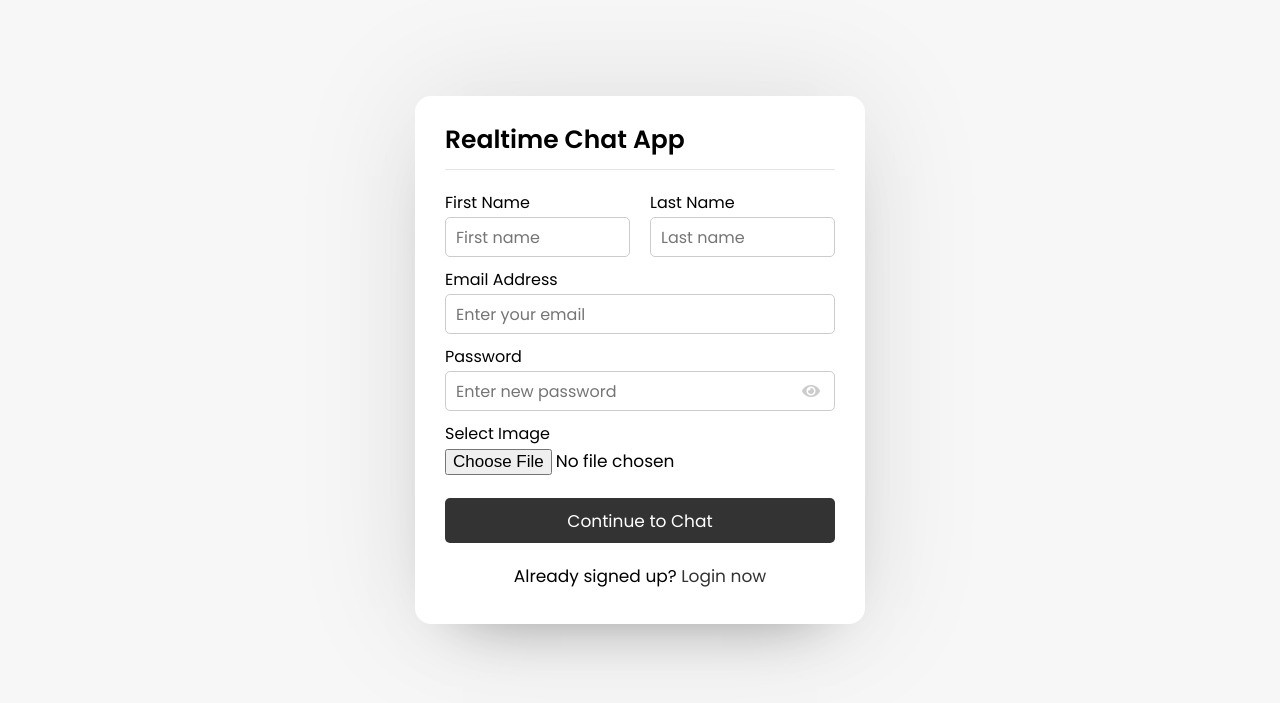
Repository: M1GU3LBv/chat
Page: http://localhost/
The author's editor kept a copy of each file at every save. The page is drawn from the files as they stood at one save, then again after the next save.
The browser window is 1280 px wide. The pictures show the whole page.
The page is run by PHP 8.4 with error messages shown; the project is at /var/www/html/.

Above is the page before, as saved 2023-04-06 17:23:50.

After the next save:
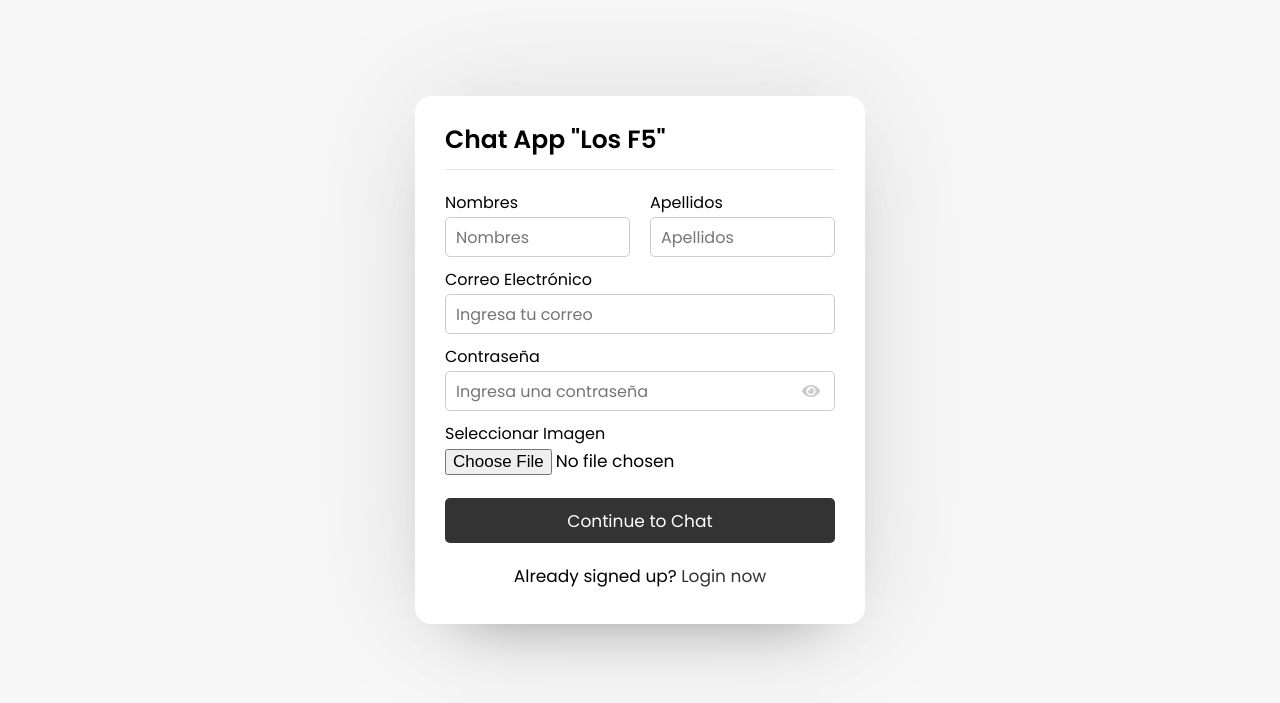
Saved 44 s later.
--- a/index.php
+++ b/index.php
@@ -4,35 +4,35 @@
     header("location: users.php");
   }
 ?>
-
+<!--Elias bot-->
 <?php include_once "header.php"; ?>
 <body>
   <div class="wrapper">
     <section class="form signup">
-      <header>Realtime Chat App</header>
+      <header>Chat App "Los F5"</header>
       <form action="#" method="POST" enctype="multipart/form-data" autocomplete="off">
         <div class="error-text"></div>
         <div class="name-details">
           <div class="field input">
-            <label>First Name</label>
-            <input type="text" name="fname" placeholder="First name" required>
+            <label>Nombres</label>
+            <input type="text" name="fname" placeholder="Nombres" required>
           </div>
           <div class="field input">
-            <label>Last Name</label>
-            <input type="text" name="lname" placeholder="Last name" required>
+            <label>Apellidos</label>
+            <input type="text" name="lname" placeholder="Apellidos" required>
           </div>
         </div>
         <div class="field input">
-          <label>Email Address</label>
-          <input type="text" name="email" placeholder="Enter your email" required>
+          <label>Correo Electrónico</label>
+          <input type="text" name="email" placeholder="Ingresa tu correo" required>
         </div>
         <div class="field input">
-          <label>Password</label>
-          <input type="password" name="password" placeholder="Enter new password" required>
+          <label>Contraseña</label>
+          <input type="password" name="password" placeholder="Ingresa una contraseña" required>
           <i class="fas fa-eye"></i>
         </div>
         <div class="field image">
-          <label>Select Image</label>
+          <label>Seleccionar Imagen</label>
           <input type="file" name="image" accept="image/x-png,image/gif,image/jpeg,image/jpg" required>
         </div>
         <div class="field button">
